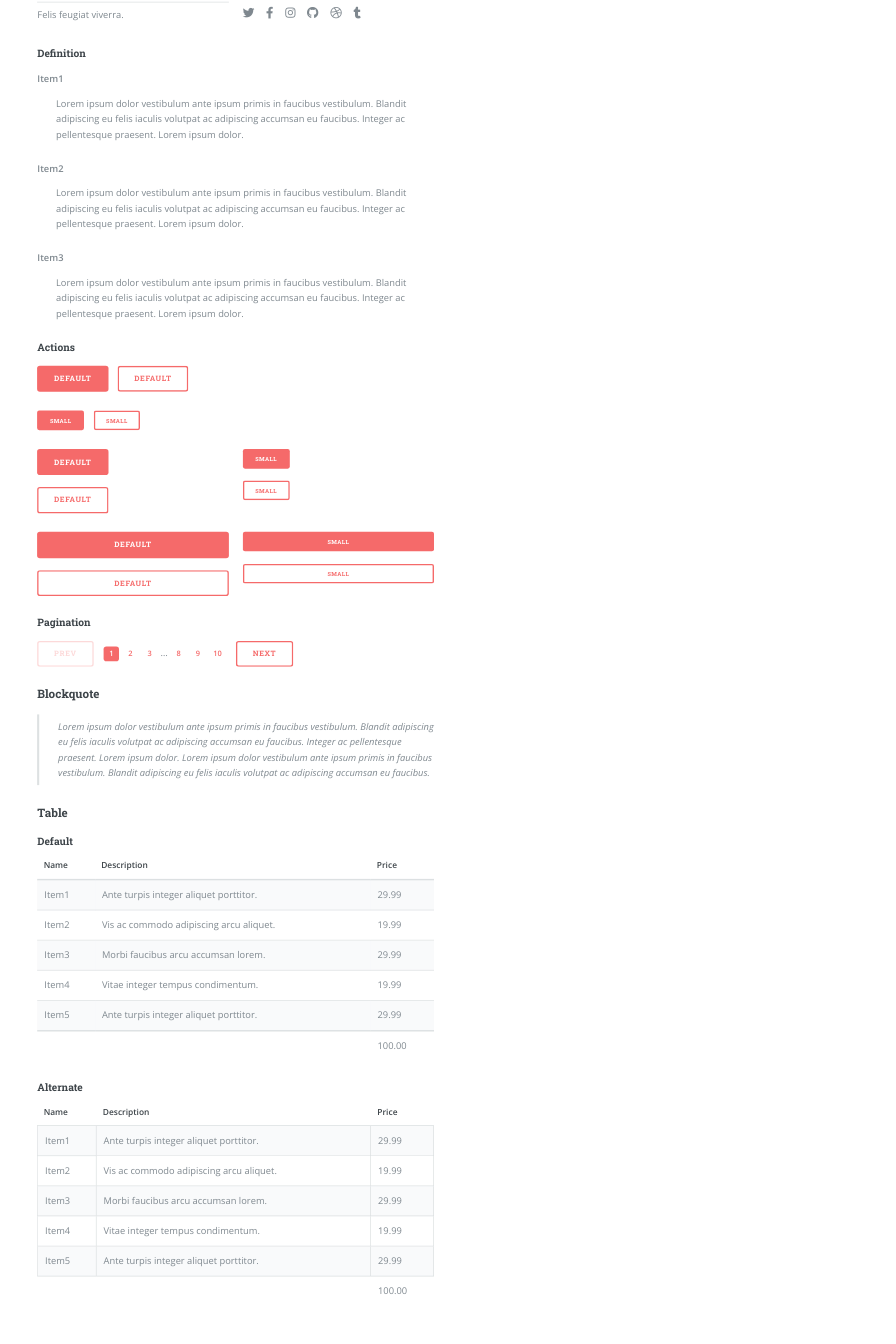
Repository: rachel648/New_Elite
Page: elements.html
An editor plug-in stored every save of this project. The page is shown before and after the next save, followed by the edit.
The browser window is 1280 px wide. The pictures show the part of the page from y = 1622 to 3542 px (the page is 3542 px tall before and 2798 px after), at 70% of full size.

Above is the page before, as saved 2024-10-14 12:09:50.

### elements.html
<!DOCTYPE HTML>
<html>
	<head>
		<title>Elements - Editorial by HTML5 UP</title>
		<meta charset="utf-8" />
		<meta name="viewport" content="width=device-width, initial-scale=1, user-scalable=no" />
		<link rel="stylesheet" href="assets/css/main.css" />
	</head>
	<body class="is-preload">

		<!-- Wrapper -->
			<div id="wrapper">

				<!-- Main -->
					<div id="main">
						<div class="inner">

							<!-- Header -->
								<header id="header">
									<a href="index.html" class="logo"><strong>Elite</strong> Skates</a>
									<ul class="icons">
										<li><a href="#" class="icon brands fa-twitter"><span class="label">Twitter</span></a></li>
										<li><a href="#" class="icon brands fa-facebook-f"><span class="label">Facebook</span></a></li>
										<li><a href="#" class="icon brands fa-snapchat-ghost"><span class="label">Snapchat</span></a></li>
										<li><a href="#" class="icon brands fa-instagram"><span class="label">Instagram</span></a></li>
										<li><a href="#" class="icon brands fa-medium-m"><span class="label">Medium</span></a></li>
									</ul>
								</header>

							<!-- Content -->
								<section>
									<header class="main">
										<h1>Elite Skates</h1>
									</header>

									<!-- Content -->
										<h2 id="content">Sample Content</h2>
										<p>Praesent ac adipiscing ullamcorper semper ut amet ac risus. Lorem sapien ut odio odio nunc. Ac adipiscing nibh porttitor erat risus justo adipiscing adipiscing amet placerat accumsan. Vis. Faucibus odio magna tempus adipiscing a non. In mi primis arcu ut non accumsan vivamus ac blandit adipiscing adipiscing arcu metus praesent turpis eu ac lacinia nunc ac commodo gravida adipiscing eget accumsan ac nunc adipiscing adipiscing lorem ipsum dolor sit amet nullam veroeros adipiscing.</p>
										<div class="row">
											<div class="col-6 col-12-small">
												<h3>Sem turpis amet semper</h3>
												<p>Nunc lacinia ante nunc ac lobortis. Interdum adipiscing gravida odio porttitor sem non mi integer non faucibus ornare mi ut ante amet placerat aliquet. Volutpat commodo eu sed ante lacinia. Sapien a lorem in integer ornare praesent commodo adipiscing arcu in massa commodo lorem accumsan at odio massa ac ac. Semper adipiscing varius montes viverra nibh in adipiscing blandit tempus accumsan.</p>
											</div>
											<div class="col-6 col-12-small">
												<h3>Magna odio tempus commodo</h3>
												<p>In arcu accumsan arcu adipiscing accumsan orci ac. Felis id enim aliquet. Accumsan ac integer lobortis commodo ornare aliquet accumsan erat tempus amet porttitor. Ante commodo blandit adipiscing integer semper orci eget. Faucibus commodo adipiscing mi eu nullam accumsan morbi arcu ornare odio mi adipiscing nascetur lacus ac interdum morbi accumsan vis mi accumsan.</p>
											</div>
											<!-- Break -->
											<div class="col-4 col-12-medium">
												<h3>Interdum sapien gravida</h3>
												<p>Nunc lacinia ante nunc ac lobortis. Interdum adipiscing gravida odio porttitor sem non mi integer non faucibus ornare mi ut ante amet placerat aliquet. Volutpat eu sed ante lacinia sapien lorem accumsan varius montes viverra nibh in adipiscing blandit.</p>
											</div>
											<div class="col-4 col-12-medium">
												<h3>Faucibus consequat lorem</h3>
												<p>Nunc lacinia ante nunc ac lobortis. Interdum adipiscing gravida odio porttitor sem non mi integer non faucibus ornare mi ut ante amet placerat aliquet. Volutpat eu sed ante lacinia sapien lorem accumsan varius montes viverra nibh in adipiscing blandit.</p>
											</div>
											<div class="col-4 col-12-medium">
												<h3>Accumsan montes viverra</h3>
												<p>Nunc lacinia ante nunc ac lobortis. Interdum adipiscing gravida odio porttitor sem non mi integer non faucibus ornare mi ut ante amet placerat aliquet. Volutpat eu sed ante lacinia sapien lorem accumsan varius montes viverra nibh in adipiscing blandit.</p>
											</div>
										</div>

									<hr class="major" />

									<!-- Elements -->
										<h2 id="elements">Elements</h2>
										<div class="row gtr-200">
											<div class="col-6 col-12-medium">

												<!-- Text stuff -->
													<h3>Text</h3>
													<p>This is <b>bold</b> and this is <strong>strong</strong>. This is <i>italic</i> and this is <em>emphasized</em>.
													This is <sup>superscript</sup> text and this is <sub>subscript</sub> text.
													This is <u>underlined</u> and this is code: <code>for (;;) { ... }</code>.
													Finally, this is a <a href="#">link</a>.</p>
													<hr />
													<h2>Heading Level 2</h2>
													<h3>Heading Level 3</h3>
													<h4>Heading Level 4</h4>
													<hr />
													<p>Nunc lacinia ante nunc ac lobortis. Interdum adipiscing gravida odio porttitor sem non mi integer non faucibus ornare mi ut ante amet placerat aliquet. Volutpat eu sed ante lacinia sapien lorem accumsan varius montes viverra nibh in adipiscing blandit tempus accumsan.</p>

												<!-- Lists -->
													<h3>Lists</h3>
													<div class="row">
														<div class="col-6 col-12-small">

															<h4>Unordered</h4>
															<ul>
																<li>Dolor etiam magna etiam.</li>
																<li>Sagittis lorem eleifend.</li>
																<li>Felis dolore viverra.</li>
															</ul>

															<h4>Alternate</h4>
															<ul class="alt">
																<li>Dolor etiam magna etiam.</li>
																<li>Sagittis lorem eleifend.</li>
																<li>Felis feugiat viverra.</li>
															</ul>

														</div>
														<div class="col-6 col-12-small">

															<h4>Ordered</h4>
															<ol>
																<li>Dolor etiam magna etiam.</li>
																<li>Etiam vel lorem sed viverra.</li>
																<li>Felis dolore viverra.</li>
																<li>Dolor etiam magna etiam.</li>
																<li>Etiam vel lorem sed viverra.</li>
																<li>Felis dolore viverra.</li>
															</ol>

															<h4>Icons</h4>
															<ul class="icons">
																<li><a href="#" class="icon brands fa-twitter"><span class="label">Twitter</span></a></li>
																<li><a href="#" class="icon brands fa-facebook-f"><span class="label">Facebook</span></a></li>
																<li><a href="#" class="icon brands fa-instagram"><span class="label">Instagram</span></a></li>
																<li><a href="#" class="icon brands fa-github"><span class="label">Github</span></a></li>
																<li><a href="#" class="icon brands fa-dribbble"><span class="label">Dribbble</span></a></li>
																<li><a href="#" class="icon brands fa-tumblr"><span class="label">Tumblr</span></a></li>
															</ul>

														</div>
													</div>
													<h4>Definition</h4>
													<dl>
														<dt>Item1</dt>
														<dd>
															<p>Lorem ipsum dolor vestibulum ante ipsum primis in faucibus vestibulum. Blandit adipiscing eu felis iaculis volutpat ac adipiscing accumsan eu faucibus. Integer ac pellentesque praesent. Lorem ipsum dolor.</p>
														</dd>
														<dt>Item2</dt>
														<dd>
															<p>Lorem ipsum dolor vestibulum ante ipsum primis in faucibus vestibulum. Blandit adipiscing eu felis iaculis volutpat ac adipiscing accumsan eu faucibus. Integer ac pellentesque praesent. Lorem ipsum dolor.</p>
														</dd>
														<dt>Item3</dt>
														<dd>
															<p>Lorem ipsum dolor vestibulum ante ipsum primis in faucibus vestibulum. Blandit adipiscing eu felis iaculis volutpat ac adipiscing accumsan eu faucibus. Integer ac pellentesque praesent. Lorem ipsum dolor.</p>
														</dd>
													</dl>

													<h4>Actions</h4>
													<ul class="actions">
														<li><a href="#" class="button primary">Default</a></li>
														<li><a href="#" class="button">Default</a></li>
													</ul>
													<ul class="actions small">
														<li><a href="#" class="button primary small">Small</a></li>
														<li><a href="#" class="button small">Small</a></li>
													</ul>
													<div class="row">
														<div class="col-6 col-12-small">
															<ul class="actions stacked">
																<li><a href="#" class="button primary">Default</a></li>
																<li><a href="#" class="button">Default</a></li>
															</ul>
														</div>
														<div class="col-6 col-12-small">
															<ul class="actions stacked">
																<li><a href="#" class="button primary small">Small</a></li>
																<li><a href="#" class="button small">Small</a></li>
															</ul>
														</div>
														<div class="col-6 col-12-small">
															<ul class="actions stacked">
																<li><a href="#" class="button primary fit">Default</a></li>
																<li><a href="#" class="button fit">Default</a></li>
															</ul>
														</div>
														<div class="col-6 col-12-small">
															<ul class="actions stacked">
																<li><a href="#" class="button primary small fit">Small</a></li>
																<li><a href="#" class="button small fit">Small</a></li>
															</ul>
														</div>
													</div>

													<h4>Pagination</h4>
													<ul class="pagination">
														<li><span class="button disabled">Prev</span></li>
														<li><a href="#" class="page active">1</a></li>
														<li><a href="#" class="page">2</a></li>
														<li><a href="#" class="page">3</a></li>
														<li><span>&hellip;</span></li>
														<li><a href="#" class="page">8</a></li>
														<li><a href="#" class="page">9</a></li>
														<li><a href="#" class="page">10</a></li>
														<li><a href="#" class="button">Next</a></li>
													</ul>

												<!-- Blockquote -->
													<h3>Blockquote</h3>
													<blockquote>Lorem ipsum dolor vestibulum ante ipsum primis in faucibus vestibulum. Blandit adipiscing eu felis iaculis volutpat ac adipiscing accumsan eu faucibus. Integer ac pellentesque praesent. Lorem ipsum dolor. Lorem ipsum dolor vestibulum ante ipsum primis in faucibus vestibulum. Blandit adipiscing eu felis iaculis volutpat ac adipiscing accumsan eu faucibus.</blockquote>

												<!-- Table -->
													<h3>Table</h3>

													<h4>Default</h4>
													<div class="table-wrapper">
														<table>
															<thead>
																<tr>
																	<th>Name</th>
																	<th>Description</th>
																	<th>Price</th>
																</tr>
															</thead>
															<tbody>
																<tr>
																	<td>Item1</td>
																	<td>Ante turpis integer aliquet porttitor.</td>
																	<td>29.99</td>
																</tr>
																<tr>
																	<td>Item2</td>
																	<td>Vis ac commodo adipiscing arcu aliquet.</td>
																	<td>19.99</td>
																</tr>
																<tr>
																	<td>Item3</td>
																	<td> Morbi faucibus arcu accumsan lorem.</td>
																	<td>29.99</td>
																</tr>
																<tr>
																	<td>Item4</td>
																	<td>Vitae integer tempus condimentum.</td>
																	<td>19.99</td>
																</tr>
																<tr>
																	<td>Item5</td>
																	<td>Ante turpis integer aliquet porttitor.</td>
																	<td>29.99</td>
																</tr>
															</tbody>
															<tfoot>
																<tr>
																	<td colspan="2"></td>
																	<td>100.00</td>
																</tr>
															</tfoot>
														</table>
													</div>

													<h4>Alternate</h4>
													<div class="table-wrapper">
														<table class="alt">
															<thead>
																<tr>
																	<th>Name</th>
																	<th>Description</th>
																	<th>Price</th>
																</tr>
															</thead>
															<tbody>
																<tr>
																	<td>Item1</td>
																	<td>Ante turpis integer aliquet porttitor.</td>
																	<td>29.99</td>
																</tr>
																<tr>
																	<td>Item2</td>
																	<td>Vis ac commodo adipiscing arcu aliquet.</td>
																	<td>19.99</td>
																</tr>
																<tr>
																	<td>Item3</td>
																	<td> Morbi faucibus arcu accumsan lorem.</td>
																	<td>29.99</td>
																</tr>
																<tr>
																	<td>Item4</td>
																	<td>Vitae integer tempus condimentum.</td>
																	<td>19.99</td>
																</tr>
																<tr>
																	<td>Item5</td>
																	<td>Ante turpis integer aliquet porttitor.</td>
																	<td>29.99</td>
																</tr>
															</tbody>
															<tfoot>
																<tr>
																	<td colspan="2"></td>
																	<td>100.00</td>
																</tr>
															</tfoot>
														</table>
													</div>

											</div>
											<div class="col-6 col-12-medium">




				<!-- Sidebar -->
					<div id="sidebar">
						<div class="inner">

							<!-- Search -->
								<section id="search" class="alt">
									<form method="post" action="#">
										<input type="text" name="query" id="query" placeholder="Search" />
									</form>
								</section>

							<!-- Menu -->
								<nav id="menu">
									<header class="major">
										<h2>Menu</h2>
									</header>
									<ul>
										<li><a href="index.html">Homepage</a></li>
										<li><a href="generic.html">Upcoming Events</a></li>
										<li><a href="elements.html">Sports Day</a></li>
										<li>
											<!-- <span class="opener">Submenu</span>
											<ul>
												<li><a href="#">Lorem Dolor</a></li>
												<li><a href="#">Ipsum Adipiscing</a></li>
												<li><a href="#">Tempus Magna</a></li>
												<li><a href="#">Feugiat Veroeros</a></li>
											</ul>
										</li>
										<li><a href="#">Etiam Dolore</a></li>
										<li><a href="#">Adipiscing</a></li>
										<li>
											<span class="opener">Another Submenu</span>
											<ul>
												<li><a href="#">Lorem Dolor</a></li>
												<li><a href="#">Ipsum Adipiscing</a></li>
												<li><a href="#">Tempus Magna</a></li>
												<li><a href="#">Feugiat Veroeros</a></li>
											</ul>
										</li>
										<li><a href="#">Maximus Erat</a></li>
										<li><a href="#">Sapien Mauris</a></li>
										<li><a href="#">Amet Lacinia</a></li>
									-->
									</ul>
								</nav>



							<!-- Footer -->
								<footer id="footer">
									<p class="copyright">&copy; Untitled. All rights reserved. Demo Images: <a href="https://unsplash.com">Unsplash</a>. Design: <a href="https://html5up.net">HTML5 UP</a>.</p>
								</footer>

						</div>
					</div>

			</div>

		<!-- Scripts -->
			<script src="assets/js/jquery.min.js"></script>
			<script src="assets/js/browser.min.js"></script>
			<script src="assets/js/breakpoints.min.js"></script>
			<script src="assets/js/util.js"></script>
			<script src="assets/js/main.js"></script>

	</body>
</html>

Loaded but not shown: assets/js/jquery.min.js (library); assets/js/browser.min.js (common file); assets/js/breakpoints.min.js (common file); assets/css/fontawesome-all.min.css (library); assets/js/util.js (587 lines, source omitted); assets/js/main.js (262 lines, source omitted); assets/css/main.css (2284 lines, source omitted)

After the next save:
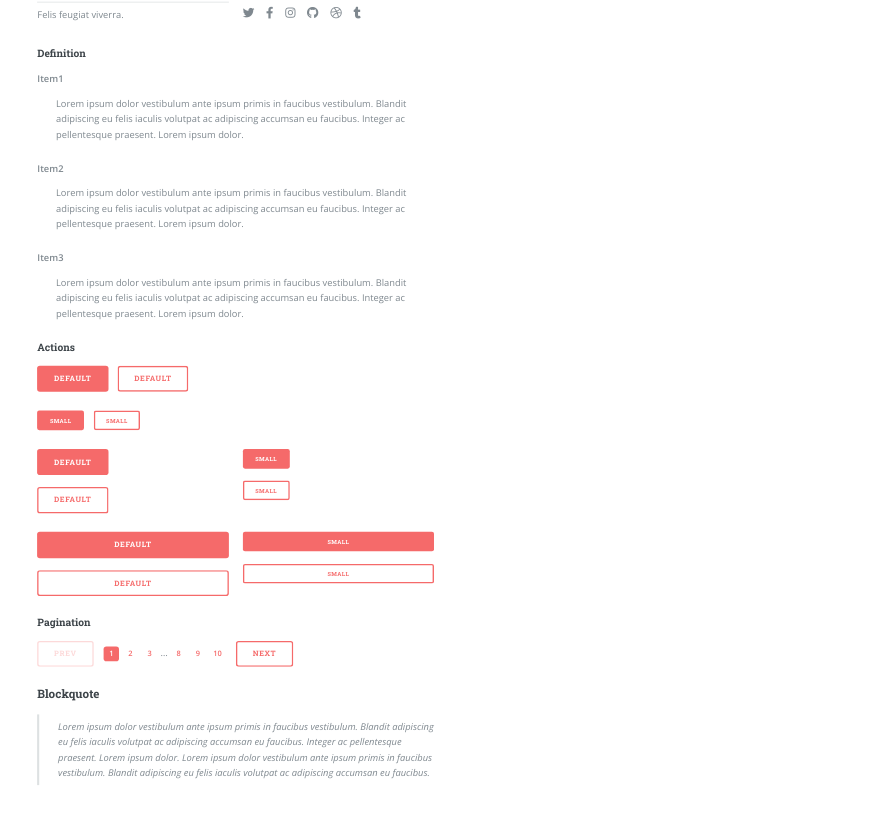
Saved 45 s later.
--- a/elements.html
+++ b/elements.html
@@ -192,106 +192,6 @@
 												<!-- Blockquote -->
 													<h3>Blockquote</h3>
 													<blockquote>Lorem ipsum dolor vestibulum ante ipsum primis in faucibus vestibulum. Blandit adipiscing eu felis iaculis volutpat ac adipiscing accumsan eu faucibus. Integer ac pellentesque praesent. Lorem ipsum dolor. Lorem ipsum dolor vestibulum ante ipsum primis in faucibus vestibulum. Blandit adipiscing eu felis iaculis volutpat ac adipiscing accumsan eu faucibus.</blockquote>
-
-												<!-- Table -->
-													<h3>Table</h3>
-
-													<h4>Default</h4>
-													<div class="table-wrapper">
-														<table>
-															<thead>
-																<tr>
-																	<th>Name</th>
-																	<th>Description</th>
-																	<th>Price</th>
-																</tr>
-															</thead>
-															<tbody>
-																<tr>
-																	<td>Item1</td>
-																	<td>Ante turpis integer aliquet porttitor.</td>
-																	<td>29.99</td>
-																</tr>
-																<tr>
-																	<td>Item2</td>
-																	<td>Vis ac commodo adipiscing arcu aliquet.</td>
-																	<td>19.99</td>
-																</tr>
-																<tr>
-																	<td>Item3</td>
-																	<td> Morbi faucibus arcu accumsan lorem.</td>
-																	<td>29.99</td>
-																</tr>
-																<tr>
-																	<td>Item4</td>
-																	<td>Vitae integer tempus condimentum.</td>
-																	<td>19.99</td>
-																</tr>
-																<tr>
-																	<td>Item5</td>
-																	<td>Ante turpis integer aliquet porttitor.</td>
-																	<td>29.99</td>
-																</tr>
-															</tbody>
-															<tfoot>
-																<tr>
-																	<td colspan="2"></td>
-																	<td>100.00</td>
-																</tr>
-															</tfoot>
-														</table>
-													</div>
-
-													<h4>Alternate</h4>
-													<div class="table-wrapper">
-														<table class="alt">
-															<thead>
-																<tr>
-																	<th>Name</th>
-																	<th>Description</th>
-																	<th>Price</th>
-																</tr>
-															</thead>
-															<tbody>
-																<tr>
-																	<td>Item1</td>
-																	<td>Ante turpis integer aliquet porttitor.</td>
-																	<td>29.99</td>
-																</tr>
-																<tr>
-																	<td>Item2</td>
-																	<td>Vis ac commodo adipiscing arcu aliquet.</td>
-																	<td>19.99</td>
-																</tr>
-																<tr>
-																	<td>Item3</td>
-																	<td> Morbi faucibus arcu accumsan lorem.</td>
-																	<td>29.99</td>
-																</tr>
-																<tr>
-																	<td>Item4</td>
-																	<td>Vitae integer tempus condimentum.</td>
-																	<td>19.99</td>
-																</tr>
-																<tr>
-																	<td>Item5</td>
-																	<td>Ante turpis integer aliquet porttitor.</td>
-																	<td>29.99</td>
-																</tr>
-															</tbody>
-															<tfoot>
-																<tr>
-																	<td colspan="2"></td>
-																	<td>100.00</td>
-																</tr>
-															</tfoot>
-														</table>
-													</div>
-
-											</div>
-											<div class="col-6 col-12-medium">
-
-
 
 
 				<!-- Sidebar -->
